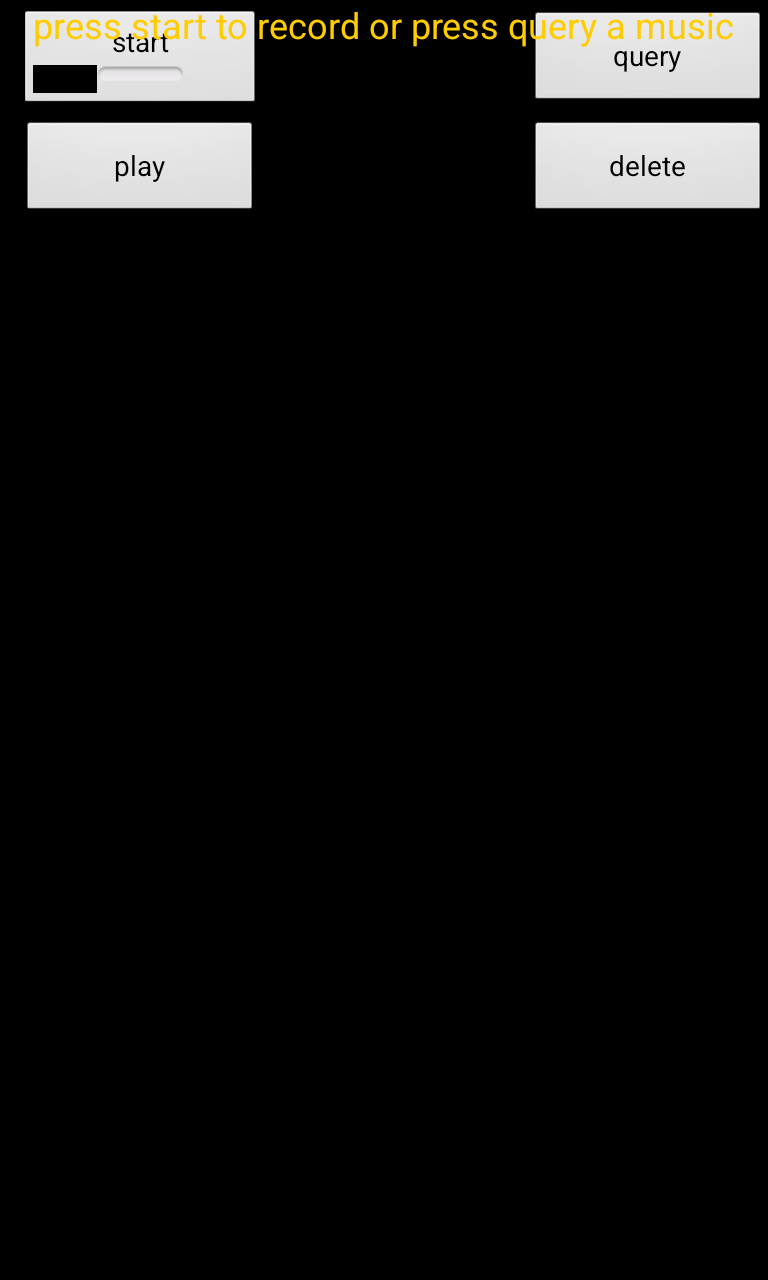
Repository: FreyrChen/tucan_Linux_practice
Layout: 4_Android_program/MusicIdentify/res/layout/activity_main.xml
These files come from the project's save history. The layout is drawn as it stood at one moment and after the next save; the edit follows.
It is drawn on a 768 x 1280 px phone screen (xhdpi) without system bars, with theme AppTheme; the app's code is not run. Lists and similar views that code fills are empty.

Above is the layout before, as saved 2013-05-30 09:42:21.

After the next save:
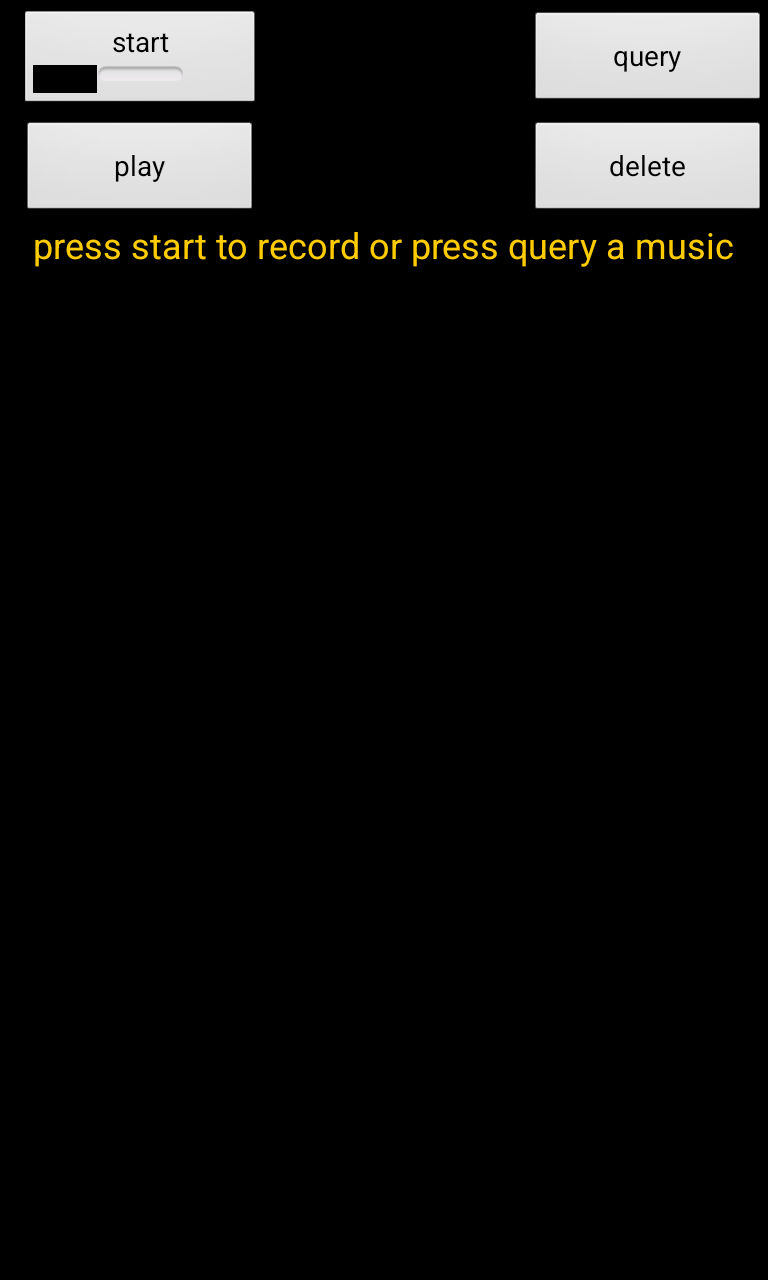
Saved 110 s later.
--- a/4_Android_program/MusicIdentify/res/layout/activity_main.xml
+++ b/4_Android_program/MusicIdentify/res/layout/activity_main.xml
@@ -59,6 +59,7 @@
         android:text="@string/init_text"
         android:background="#00FF0000"
 	    android:textColor="#FFCC00"
+	    android:layout_below="@+id/delete_button"
     />
 
 	<ListView
@@ -68,6 +69,7 @@
         android:layout_centerHorizontal="true"
         android:background="#00FF0000"
 	    android:textColor="#FF0000"
+	    android:layout_below="@+id/info_text"
     />
 
 
